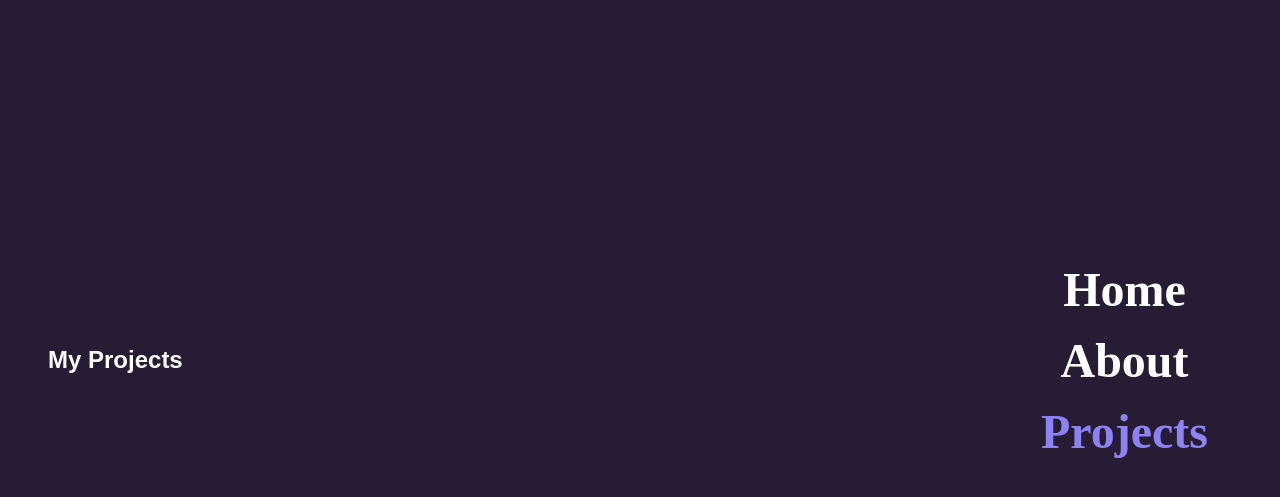
Repository: ahamdy997/portfolio
Page: /projects
These files come from the project's save history. The page is drawn as it stood at one moment and after the next save; the edit follows.
The browser window is 1280 px wide. The pictures show the whole page.
The project was rebuilt for these pictures with package versions that can differ from the ones it lists, and the page was loaded fresh each time. Also part of the build but not shown: vue.config.js, src/components/HelloWorld.vue, src/views/HomeView.vue.

Above is the page before, as saved 2023-11-06 00:06:59.

### src/App.vue
<template>
  <div class="flex">
    <router-view />
    <header>
      <nav>
        <router-link to="/">Home</router-link>
        <router-link to="/about">About</router-link>
        <router-link to="/projects">Projects</router-link>
      </nav>
    </header>
  </div>
</template>

<style>
* {
  box-sizing: border-box;
  padding: 0;
  margin: 0;
}
#app {
  width: 100%;
  height: 100vh;
  display: flex;
  align-items: center;
  justify-content: space-between;
  text-align: center;
}
.flex {
  display: flex;
  align-items: center;
  justify-content: space-between;
  padding: 3rem;
  gap: 5rem;
  width: 100%;
}
header {
  font-size: 1.7rem;
}

nav {
  text-align: center;
  display: flex;
  flex-direction: column;
  gap: 1rem;
  margin-right: 1.5rem;
}
body {
  font-family: sans-serif;
  background: #261c33;
  /* background: yellow; */
  color: #fff;
}
nav a {
  font-family: serif;
  font-weight: bold;
  color: #fff;
  text-decoration: none;
  font-size: 3rem;
  transition: all 0.2s;
}
nav a:hover {
  font-style: italic;
  transform: translateX(10px);
}

nav a.router-link-exact-active {
  color: #8d81f3;
}
</style>

### src/router/index.js
import { createRouter, createWebHistory } from "vue-router";
import HomeView from "../views/HomeView.vue";

const routes = [
  {
    path: "/",
    name: "home",
    component: HomeView,
  },
  {
    path: "/about",
    name: "about",
    // route level code-splitting
    // this generates a separate chunk (about.[hash].js) for this route
    // which is lazy-loaded when the route is visited.
    component: () =>
      import(/* webpackChunkName: "about" */ "../views/AboutView.vue"),
  },
  {
    path: "/projects",
    name: "project",
    // route level code-splitting
    // this generates a separate chunk (about.[hash].js) for this route
    // which is lazy-loaded when the route is visited.
    component: () =>
      import(/* webpackChunkName: "about" */ "../views/ProjectView.vue"),
  },
];

const router = createRouter({
  history: createWebHistory(process.env.BASE_URL),
  routes,
});

export default router;

### src/views/ProjectView.vue
<template>
  <h2>My Projects</h2>
</template>

Loaded but not shown: public/index.html (common file); src/main.js (common file)

After the next save:
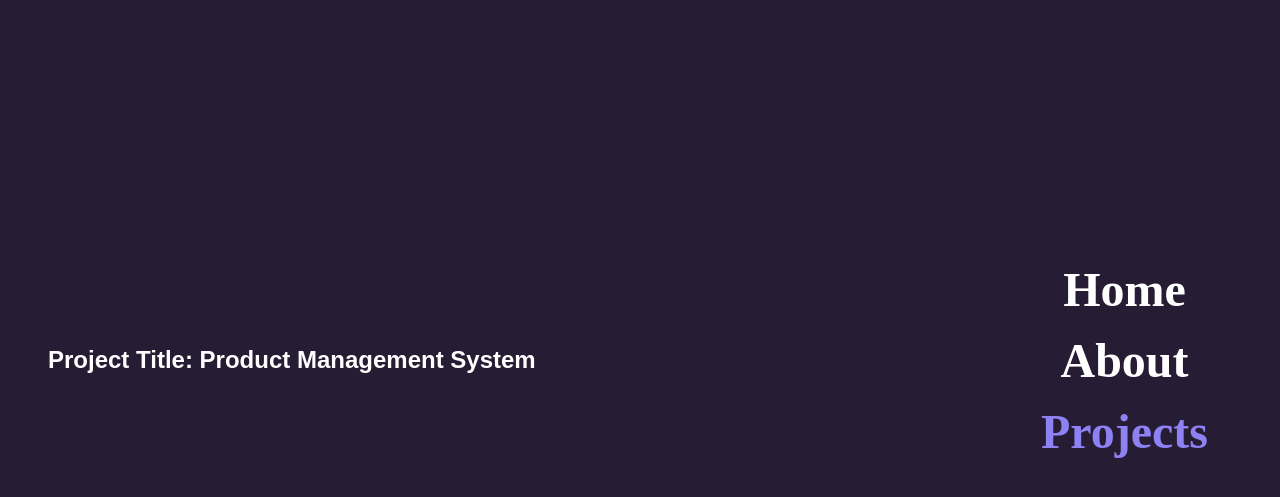
Saved 6 min 24 s later.
--- a/src/views/ProjectView.vue
+++ b/src/views/ProjectView.vue
@@ -1,3 +1,3 @@
 <template>
-  <h2>My Projects</h2>
+  <h2><strong>Project Title:</strong> Product Management System</h2>
 </template>
